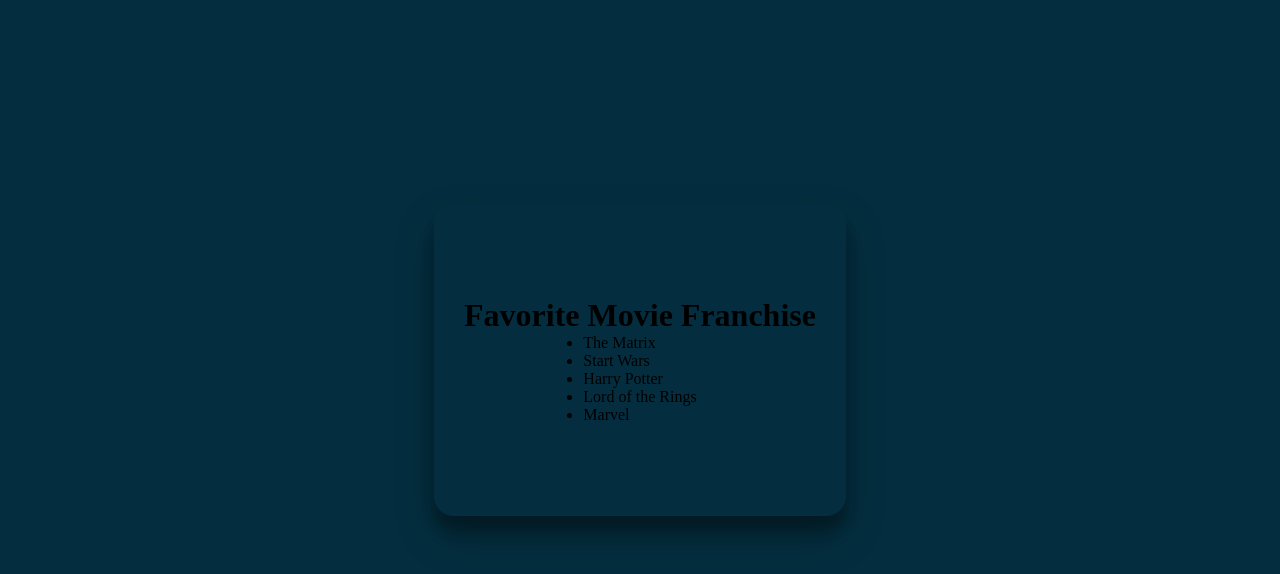
Repository: Ellisvelandia/DOM-Manipulation
Page: index.html
An editor plug-in stored every save of this project. The page is shown before and after a run of saves, followed by the edit.
The browser window is 1280 px wide. The pictures show the whole page.

Above is the page before, as saved 2022-08-22 13:35:57.

### index.html
<!DOCTYPE html>
<html lang="en">
<head>
  <meta charset="UTF-8">
  <meta http-equiv="X-UA-Compatible" content="IE=edge">
  <meta name="viewport" content="width=device-width, initial-scale=1.0">
  <link rel="stylesheet" href="style.css">
  <title>Master DOM Manipulation</title>
</head>
<body>
  <div class="container">
    <h1 id="main-heading">Favorite Movie Franchise</h1>
    <ul>
      <li class="list-items">The Matrix</li>
      <li class="list-items">Start Wars</li>
      <li class="list-items">Harry Potter</li>
      <li class="list-items">Lord of the Rings</li>
      <li class="list-items">Marvel</li>
    </ul>

    <script src="app.js"></script>
  </div>
</body>
</html>

### style.css
* {
  padding: 0;
  margin: 0;
}

body {
  background-color: #042e3f;
  max-width: 100%;
  height: 100vh;
  display: flex;
  justify-content: center;
  align-items: center;
}

.container {
  display: flex;
  align-items: center;
  flex-direction: column;
  justify-content: center;
  border: 1px solid transparent;
  padding: 5px;
  border-radius: 20px;
  height: 300px;
  width: 400px;
  box-shadow: rgba(0, 0, 0, 0.3) 0px 19px 38px,
    rgba(0, 0, 0, 0.22) 0px 15px 12px;
}

#main-heading {
  text-align: ;
}

### app.js
// DOM Manipulation

// GetElementById()

const title = document.getElementById("main-heading");

console.log(title);

// GetElementByClassName()

// const listItems = document.getElementsByClassName("list-items");

// console.log(listItems);

// getElementsByTagName()
const listItems = document.getElementsByTagName("li");

console.log(listItems);

// querySelector()

const container = document.querySelector("div");

console.log(container);
// querySelectorAll()

After the next 8 saves:
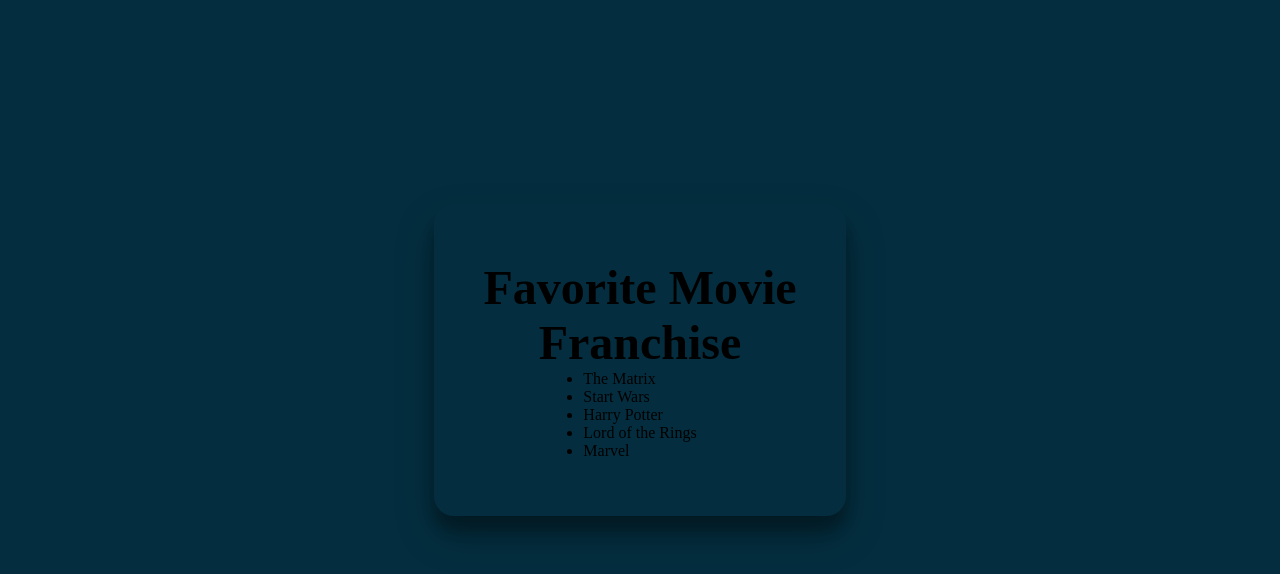
The 8 saves are shown as one change because they came seconds apart.
The last was saved 23 s later.
--- a/style.css
+++ b/style.css
@@ -27,5 +27,8 @@
 }
 
 #main-heading {
-  text-align: ;
+  text-align: center;
+  font-size: 3rem;
+  font-weight: 600;
+
 }
